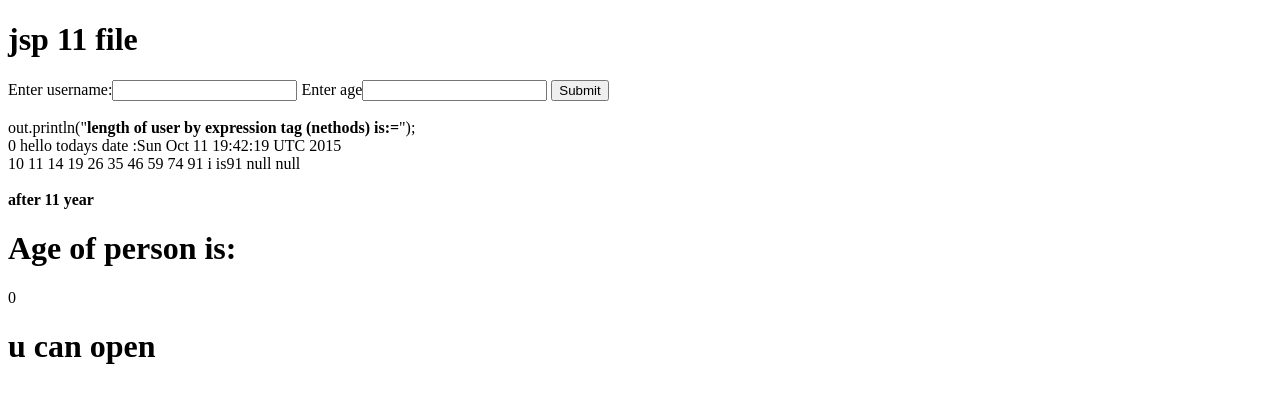
Repository: heenasalim/Java_Script
Page: http://localhost/JsphDemo/jsp11.jsp
The author's editor kept a copy of each file at every save. The page is drawn from the files as they stood at one save, then again after the next save.
The browser window is 1280 px wide. The pictures show the whole page.
The page is served by Tomcat 9. Other server files are loaded and not shown. Queries for data that is not in the repository find no rows.

Above is the page before, as saved 2015-10-17 06:17:56.

### JsphDemo/WebContent/jsp11.jsp
<%@ page language="java" contentType="text/html; charset=ISO-8859-1"
    pageEncoding="ISO-8859-1"%>
<!DOCTYPE html PUBLIC "-//W3C//DTD HTML 4.01 Transitional//EN" "http://www.w3.org/TR/html4/loose.dtd">
<html>
<head>
<meta http-equiv="Content-Type" content="text/html; charset=ISO-8859-1">
<title>Insert title here</title>
</head>
<%@taglib  prefix="abc" uri="/WEB-INF/taglib.tld" %>
<%@taglib  prefix="xyz"  uri="/WEB-INF/customtag.tld" %>
<body>
<h1>jsp  11   file</h1>
<form action="jsp11.jsp">
Enter  username:<input type="text"  name="user"  />
Enter  age<input  type="text"   name="age" />
<input  type="submit"  name="signin" />
</form>
<br/>
out.println("<b>length  of  user by  expression  tag (nethods) is:=</b>");
<br/>
${abc:lengthUser(param.user)}

<xyz:abc> </xyz:abc>
<br/>
<%!  int  i=0;int z; %>
<%
for(i=0; i<10 ; i++)
{
%>
<%= z=i*i+10 %>
<%
}


out.println("i is" + z);

%>

<jsp:useBean id="u"  class="pkforjsp.Usebean11"  scope="request"></jsp:useBean>
<jsp:setProperty  name="u"  property="*" />
<jsp:getProperty  name="u" property="user" />
<jsp:getProperty  name="u" property="age" />
<%
String  k=u.getUser();
%>
<br/>
<br/>
<b> after  11  year </b>
<br/>
<h1>Age  of  person  is:</h1>
${ abc:heena(param.user) }
  <h1> u  can  open</h1>


<br/>
<br/>


 <%--out.println("length  of  username  is" + u.getUser());
<br/>
out.println("  age  after    1  year  is "  + (u.getAge()+1));--%>



</body>
</html>

### JsphDemo/src/pk/demotaglib.java
package pk;

import java.io.IOException;
import java.util.Date;

import javax.servlet.jsp.JspException;
import javax.servlet.jsp.tagext.TagSupport;

public class demotaglib extends TagSupport {

	@Override
	public int doStartTag() throws JspException {
		// TODO Auto-generated method stub
		return super.doStartTag();




	}
@Override
public int doEndTag() throws JspException {
	// TODO Auto-generated method stub
	String  d=new Date().toString();
	try {
		pageContext.getOut().write("hello   todays  date :" + d);
	} catch (IOException e) {
		// TODO Auto-generated catch block
		e.printStackTrace();
	}

return EVAL_PAGE;




}
}

### JsphDemo/src/pk/expressionlanguage.java
package pk;

import java.sql.DriverManager;
import java.sql.PreparedStatement;
import java.sql.ResultSet;

import javax.servlet.jsp.PageContext;

import com.sun.corba.se.pept.transport.Connection;

public class expressionlanguage {

	public  static  int  lengthUser(String  x)
	{


		return  x.length();
	}


	public   static void  ageAfter1year()
	{

	}

}

### JsphDemo/src/pk/oracle.java
package pk;
import java.sql.Connection;
import java.sql.Driver;
import java.sql.DriverManager;
import java.sql.PreparedStatement;
import java.sql.ResultSet;
import java.sql.SQLException;

import javax.servlet.jsp.PageContext;


public class oracle{


	static Connection con=null;
	public  static  int  heena(String  user)   throws SQLException
	{
	try
	{
	Class.forName("oracle.jdbc.driver.OracleDriver");
	System.out.println("class  found");
	System.out.println("class  found");
    con=DriverManager.getConnection("jdbc:oracle:thin:@localhost:1521:xe","system","java");
	System.out.println("connection  got");
	java.sql.Statement stmt=con.createStatement();
	ResultSet rs=stmt.executeQuery("select * from heena1");
	while(rs.next())
	{
	 System.out.println(rs.getInt(1)+"  "+rs.getString(2));
    if(user.equals(rs.getString(2)))
    {
    	  System.out.println("correct  user");
     }
	}
//	 PreparedStatement  psmt=con.prepareStatement("insert  into heena1  values(? ?)");
//	 psmt.setInt(1,1);
//	 psmt.setString(2, "abc");
//	  System.out.println("table  craeted  inserted ");
//	 int  i=psmt.executeUpdate();
//	 System.out.println("table  crated" + i);
	  }
	catch(Exception  e)
	{
	e.printStackTrace();
	}
	return 0;

	}
}

### JsphDemo/src/pkforjsp/Usebean11.java
package pkforjsp;

public class Usebean11 {

	String  user,age;
	public String getUser() {
		return user;
	}

	public void setUser(String user) {
		this.user = user;
	}


	public String getAge() {
		return age;
	}

	public void setAge(String age) {
		this.age = age;
	}


}

After the next save:
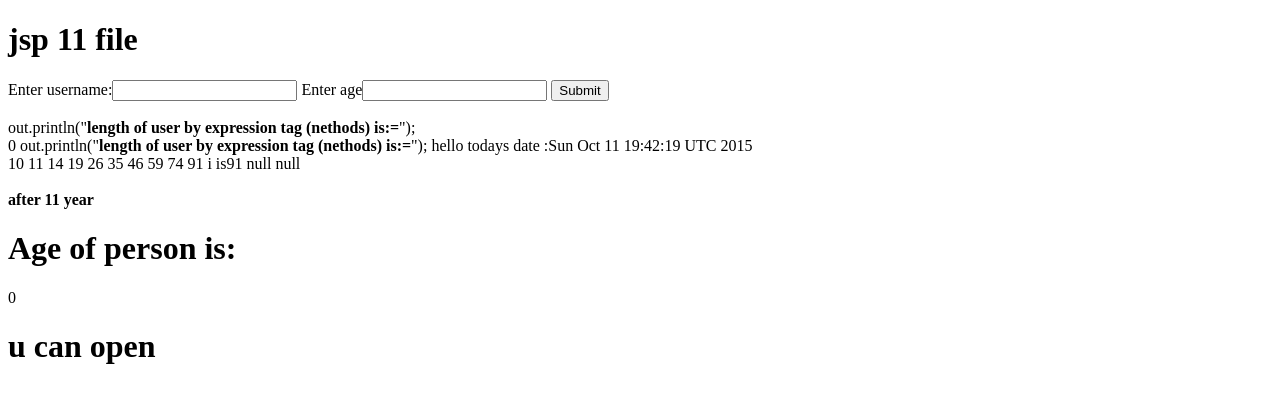
Saved 8 s later.
--- a/JsphDemo/WebContent/jsp11.jsp
+++ b/JsphDemo/WebContent/jsp11.jsp
@@ -19,6 +19,7 @@ Enter  age<input  type="text"   name="age" />
 out.println("<b>length  of  user by  expression  tag (nethods) is:=</b>");
 <br/>
 ${abc:lengthUser(param.user)}
+out.println("<b>length  of  user by  expression  tag (nethods) is:=</b>");
 
 <xyz:abc> </xyz:abc>
 <br/>
